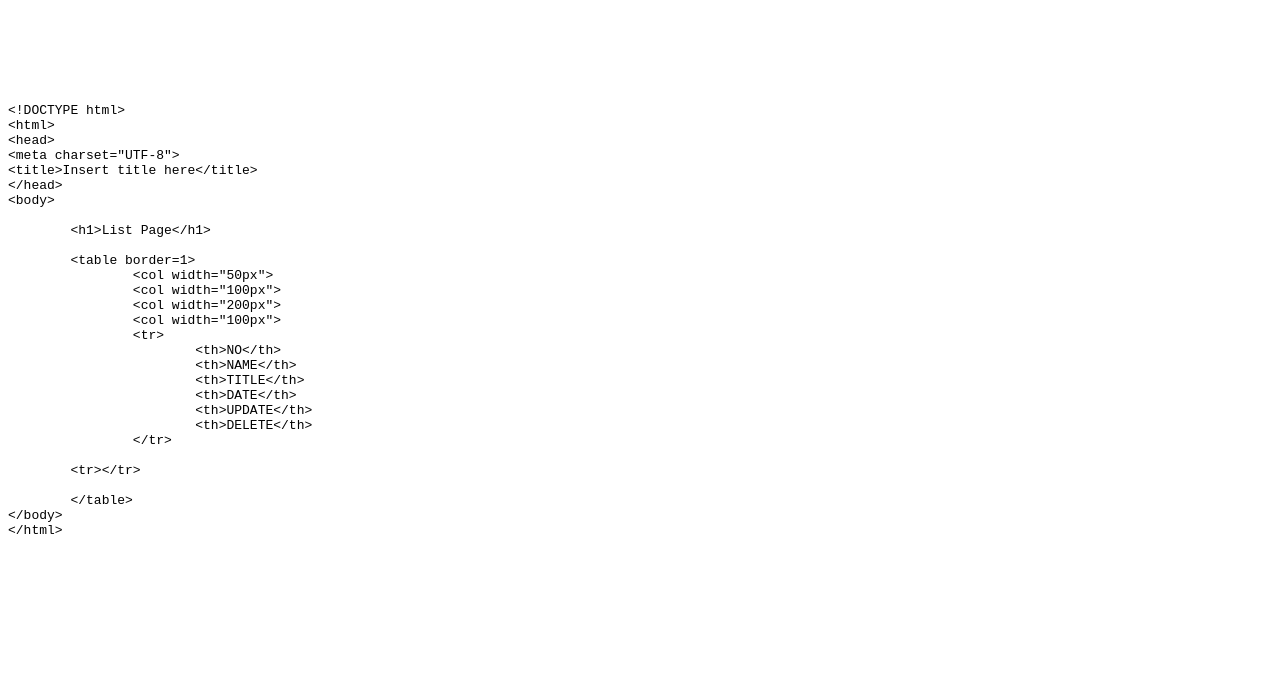
Repository: yyci12/TIL
Page: http://localhost/Jsp01_MyBoard/
These files come from the project's save history. The page is drawn as it stood at one moment and after the next save; the edit follows.
The browser window is 1280 px wide. The pictures show the whole page.
The page is served by Tomcat 9. The database holds what the project's SQL file puts in it.

Above is the page before, as saved 2022-05-25 06:21:35.

### Web/Jsp01_MyBoard/WebContent/index.jsp
<%@ page language="java" contentType="text/html; charset=UTF-8"
    pageEncoding="UTF-8"%>
<!DOCTYPE html>
<html>
<head>
<meta charset="UTF-8">
<title>Insert title here</title>
</head>
<body>
	<%--
	<h1>시작</h1>
	<%for(int i=0; i<3; i++){ %>
		<b>안녕</b>
	<%} %>
	--%>
	<jsp:forward page="./mylist.jsp"></jsp:forward> <%-- jsp 액션태그 --%>
</body>
</html>

### Web/Jsp01_MyBoard/WebContent/mylist.jsp
<%@ page language="java" contentType="text/html; charset=UTF-8"
    pageEncoding="UTF-8"%>
<%request.setCharacterEncoding("UTF-8"); %>
<%response.setContentType("text/thml; charset=UTF-8"); %>
  <%@page import="com.my.dao.MyBoardDao"%>
  <%@page import="com.my.dto.MyBoardDto"%>
  <%@page import="java.util.List" %>
<!DOCTYPE html>
<html>
<head>
<meta charset="UTF-8">
<title>Insert title here</title>
</head>
<body>
<%
	MyBoardDao dao = new MyBoardDao();
	List<MyBoardDto> list  = dao.selectAll();
%>
	<h1>List Page</h1>

	<table border=1>
		<col width="50px">
		<col width="100px">
		<col width="200px">
		<col width="100px">
		<tr>
			<th>NO</th>
			<th>NAME</th>
			<th>TITLE</th>
			<th>DATE</th>
			<th>UPDATE</th>
			<th>DELETE</th>
		</tr>
<%
	for(int i=0; i<list.size();i++){
%>
	<tr></tr>
<%
	}
%>
	</table>
</body>
</html>

### Web/Jsp01_MyBoard/src/com/my/dao/MyBoardDao.java
package com.my.dao;

import java.sql.Connection;
import java.sql.DriverManager;
import java.sql.ResultSet;
import java.sql.SQLException;
import java.sql.Statement;
import java.util.ArrayList;
import java.util.List;

import com.my.dto.MyBoardDto;

public class MyBoardDao {
	Connection con = null;

	public MyBoardDao() {
		//드라이버 등록
		try {
			Class.forName("com.mysql.jdbc.Driver");
			System.out.println("01. driver연결");
		} catch (ClassNotFoundException e) {
			System.out.println("01. driver 연결실패");
			e.printStackTrace();
		}
	}

	//전체출력
	public List<MyBoardDto> selectAll(){
		try {
			con = DriverManager.getConnection("jdbc:mysql://localhost:3306/multi","root","1234");
			System.out.println("02.연결성공");
		} catch (SQLException e) {
			// TODO Auto-generated catch block
			System.out.println("02.연결실패");
			e.printStackTrace();
		}

		Statement stmt = null;
		ResultSet rs = null;
		List<MyBoardDto> res = new ArrayList<MyBoardDto>();
		String sql = "SELECT * FROM MYBOARD";

		try {
			stmt = con.createStatement();
			System.out.println("03. query 준비 :" +sql);

			rs = stmt.executeQuery(sql);
			System.out.println("04. query 실행 및 리턴");
			while(rs.next()) {
				MyBoardDto dto = new MyBoardDto(rs.getInt(1),rs.getString(2),rs.getString(3),
												rs.getString(4),rs.getDate(5));
				res.add(dto);
			}
		} catch (SQLException e) {
			System.out.println("3/4단계에러");
			e.printStackTrace();
		}finally {
			try {
				rs.close();
				stmt.close();
				con.close();
				System.out.println("05.db종료\n");
			} catch (SQLException e) {
				System.out.println("05.db종료 에러\n");
				e.printStackTrace();
			}
		}
		System.out.println();
		return res;
	}


}

### Web/Jsp01_MyBoard/src/com/my/dto/MyBoardDto.java
package com.my.dto;

import java.util.Date;

public class MyBoardDto {
	private int myno;
	private String myname;
	private String mytitle;
	private String mycontent;
	private Date mydate;

	public MyBoardDto() {
		super();
		// TODO Auto-generated constructor stub
	}

	public MyBoardDto(int myno, String myname, String mytitle, String mycontent, Date mydate) {
		super();
		this.myno = myno;
		this.myname = myname;
		this.mytitle = mytitle;
		this.mycontent = mycontent;
		this.mydate = mydate;
	}

	public int getMyno() {
		return myno;
	}
	public void setMyno(int myno) {
		this.myno = myno;
	}
	public String getMyname() {
		return myname;
	}
	public void setMyname(String myname) {
		this.myname = myname;
	}
	public String getMytitle() {
		return mytitle;
	}
	public void setMytitle(String mytitle) {
		this.mytitle = mytitle;
	}
	public String getMycontent() {
		return mycontent;
	}
	public void setMycontent(String mycontent) {
		this.mycontent = mycontent;
	}
	public Date getMydate() {
		return mydate;
	}
	public void setMydate(Date mydate) {
		this.mydate = mydate;
	}

}

### Web/Jsp01_MyBoard/build/classes/myboard.sql (the tables this page reads)
CREATE table MYBOARD(
	MYNO INT auto_increment primary key,
	MYNAME VARCHAR(100) not null,
	MYTILTE VARCHAR(2000) not null,
	MYCONTENT VARCHAR(4000) not null,
	MYDATE DATE not null
);

INSERT into MYBOARD VALUES(null,'관리자','게시판 테스트','테스트중입니다. 123456789ABCD',NOW());

After the next save:
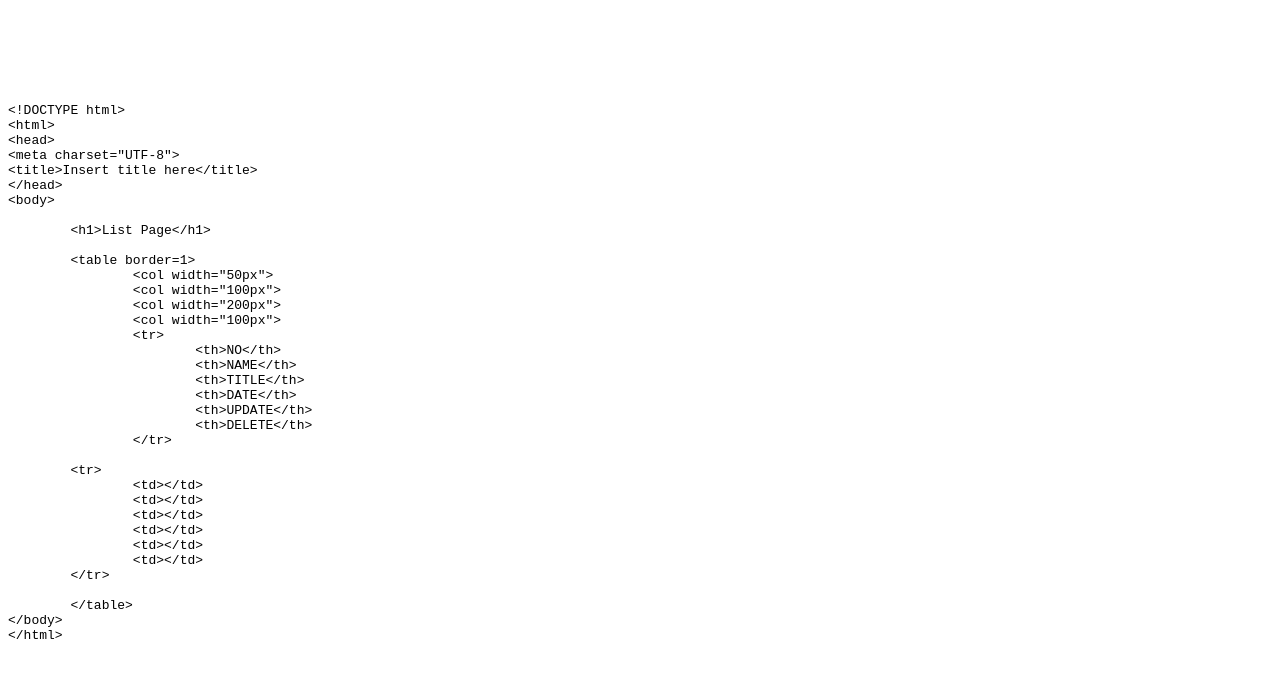
Saved 2 min 58 s later.
--- a/Web/Jsp01_MyBoard/WebContent/mylist.jsp
+++ b/Web/Jsp01_MyBoard/WebContent/mylist.jsp
@@ -34,7 +34,14 @@
 <%
 	for(int i=0; i<list.size();i++){
 %>
-	<tr></tr>
+	<tr>
+		<td></td>
+		<td></td>
+		<td></td>
+		<td></td>
+		<td></td>
+		<td></td>
+	</tr>
 <%
 	}
 %>
